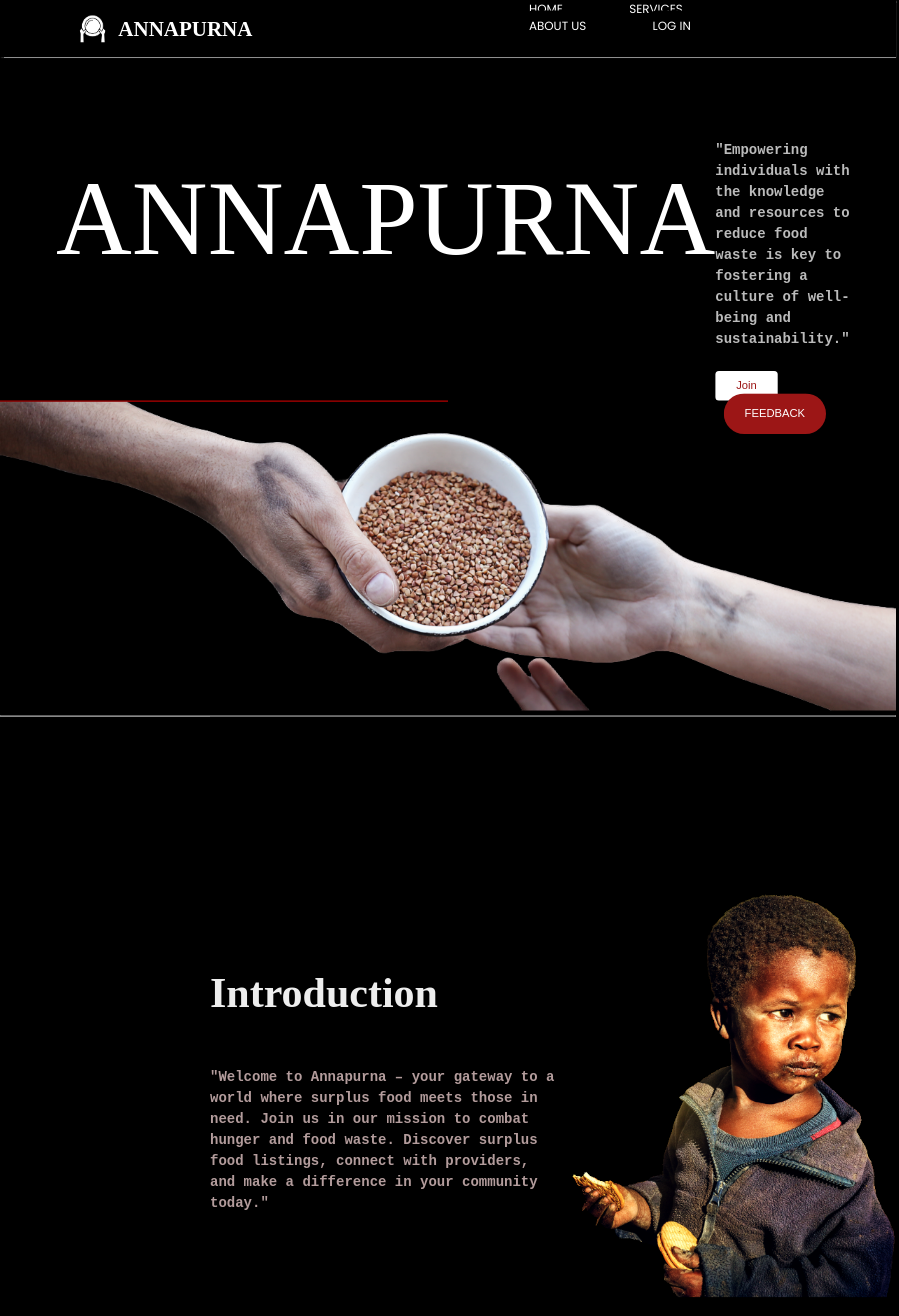
Repository: letscodeshivansh/Annapurna-fullstack-
Page: http://localhost/
These files come from the project's save history. The page is drawn as it stood at one moment and after the next save; the edit follows.
The browser window is 1280 px wide. The page is 1284 px wide, so the pictures cover 1284 px, including what lies to the right of the window. The pictures show the part of the page from y = 0 to 1880 px (the page is 4659 px tall), at 70% of full size.
Some web fonts or font styles are not loaded; a fallback is used. Some web libraries are served in a nearby version. The page is served by the project's Node server (src/server.js).

Above is the page before, as saved 2024-06-13 18:48:12.

After the next save:
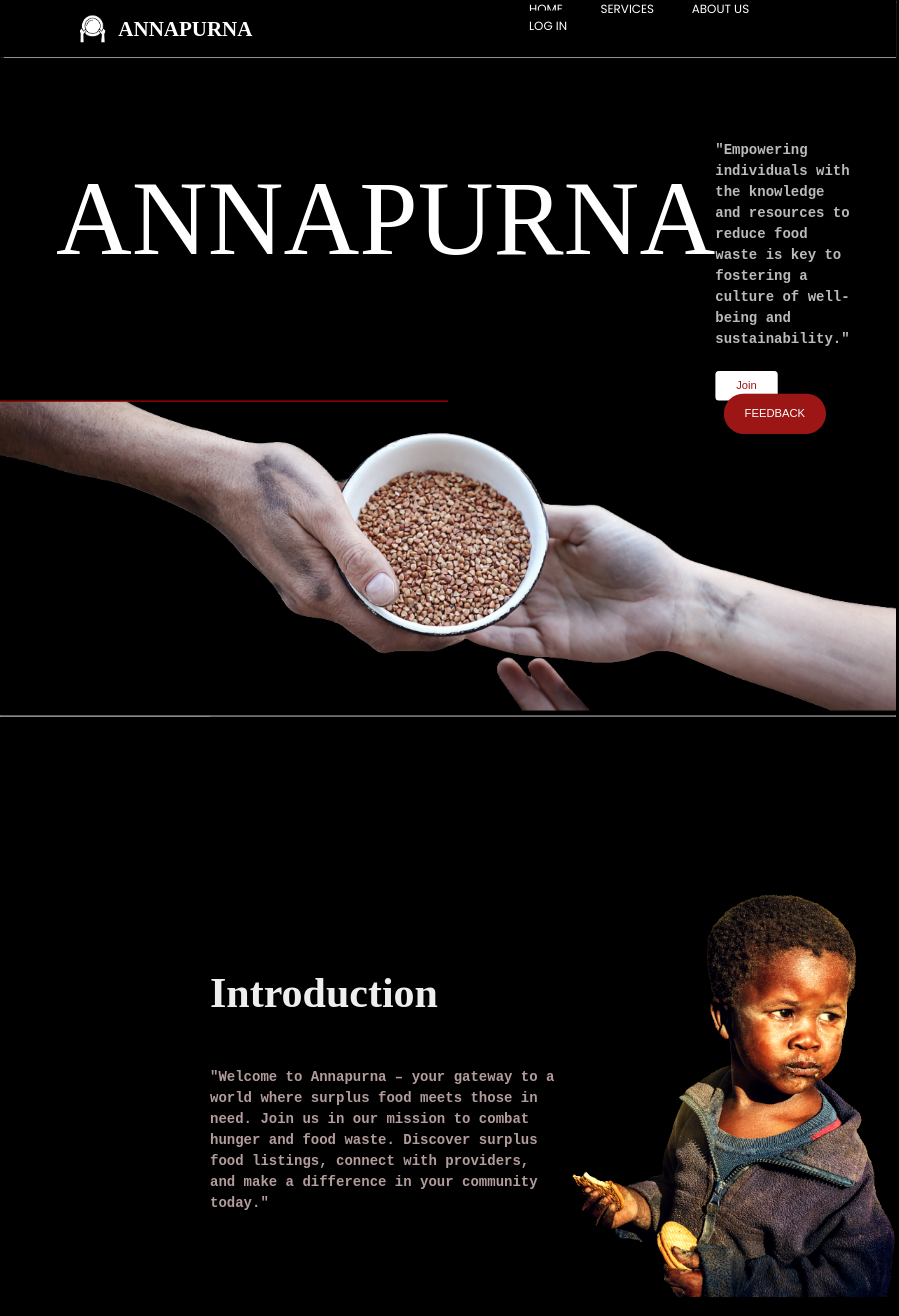
Saved 8 s later.
--- a/public/style.css
+++ b/public/style.css
@@ -91,7 +91,7 @@ nav ul li{
     line-height:25px;
     margin: 0 15px;
     justify-content: space-evenly;
-    margin-right: 10%;
+    margin-right: 1%;
 
 
 }
